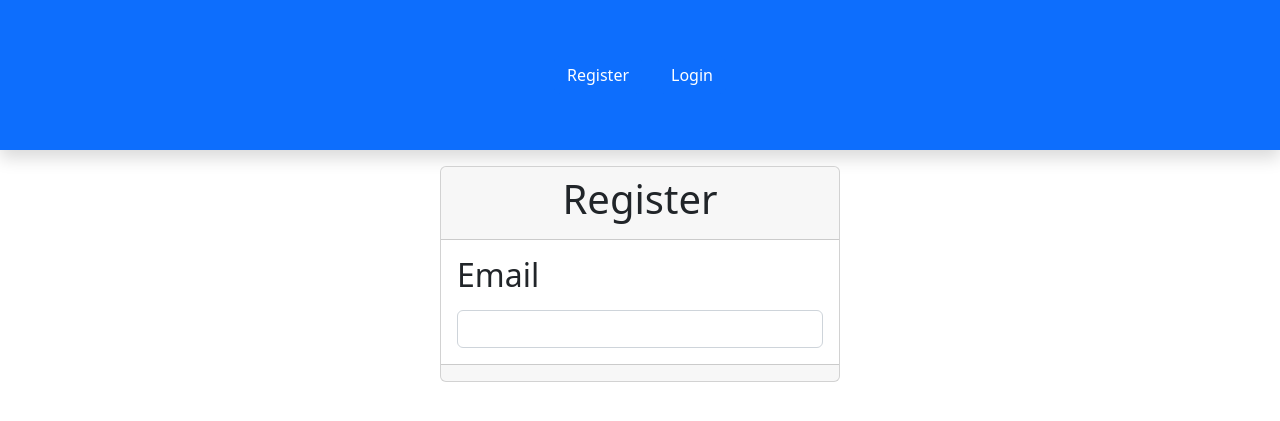
Repository: loveleii/firebase-login-logout
Page: /
The author's editor kept a copy of each file at every save. The page is drawn from the files as they stood at one save, then again after the next save.
The browser window is 1280 px wide. The pictures show the whole page.
The project was rebuilt for these pictures with package versions that can differ from the ones it lists, and the page was loaded fresh each time. Also part of the build but not shown: vite.config.ts, src/views/loginView.vue, src/assets/main.css.

Above is the page before, as saved 2023-03-04 19:42:37.

### src/main.js
import { createApp } from 'vue'
import { createPinia } from 'pinia'

import App from './App.vue'
import router from './router'
import "bootstrap/dist/css/bootstrap.min.css"
import bootstrap from "bootstrap/dist/js/bootstrap.bundle.js"

import './assets/main.css'

const app = createApp(App)

app.use(createPinia())
app.use(router)

app.mount('#app')

### src/App.vue
<script setup lang="ts">
import { RouterLink, RouterView } from 'vue-router'

</script>

<template>
  <div>
        <header class="bg-primary p-5 shadow">
            <div class="container_header">
                <div class="d-flex">
                    <RouterLink to="/" style="text-decoration: none;"><text class="text-white m-2 btn btn-primary">Register</text></RouterLink>
                    <RouterLink to="/login" style="text-decoration: none;"><text class="text-white m-2 btn btn-primary">Login</text></RouterLink>
                </div>
            </div>
        </header>
    </div>
    <div class="center_container m-3 rounded text-center">
      <RouterView />
    </div>

</template>

<style>
.container_header{
  display: grid;
  place-content: center;
}
.center_container{
  display: grid;
  place-content: center;
}

</style>

### src/router/index.js
import { createRouter, createWebHistory } from 'vue-router'
import registerView from '../views/registerView.vue'
import loginView from '../views/loginView.vue'

const router = createRouter({
  history: createWebHistory(import.meta.env.BASE_URL),
  routes: [
    {
      path: '/',
      name: 'reg',
      component: registerView
    },
    {
      path: '/login',
      name: 'log',
      component: loginView
    },

  ]
})

export default router

### src/views/registerView.vue
<template>
    <div class="card">
        <div class="card-header">
            <h1>Register</h1>
        </div>
        <div class="card-body float-left">
            <div class="form-group">
                <label for="" class="form-label float-start"> <h2>Email</h2> </label>
                <input type="text" name="" id="" class="form-control">
            </div>

        </div>
        <div class="card-footer">

        </div>
    </div>
</template>

<script>


</script>
<style>
.card{
    width: 400px;
}
</style>

Loaded but not shown: index.html (common file)

After the next save:
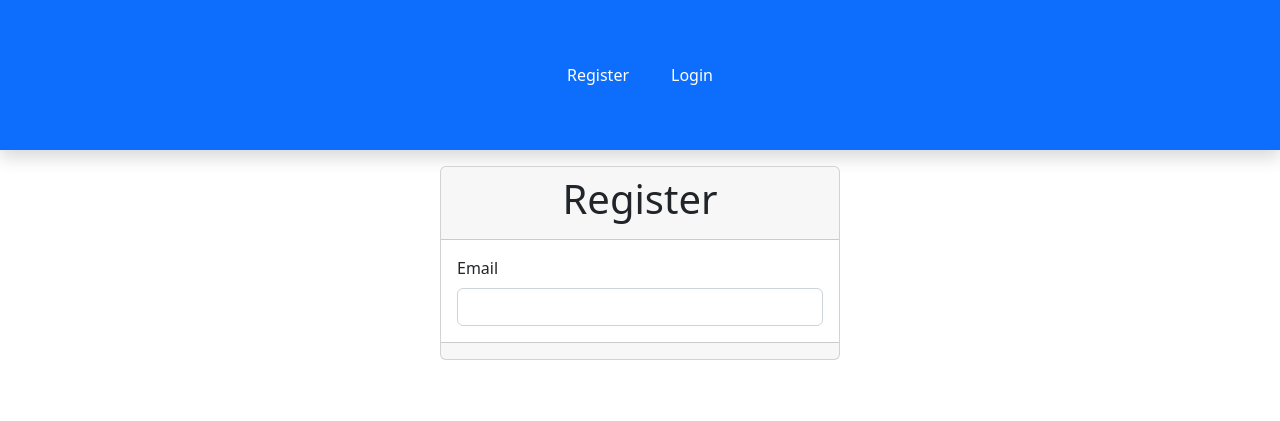
Saved 9 s later.
--- a/src/views/registerView.vue
+++ b/src/views/registerView.vue
@@ -5,7 +5,7 @@
         </div>
         <div class="card-body float-left">
             <div class="form-group">
-                <label for="" class="form-label float-start"> <h2>Email</h2> </label>
+                <label for="" class="form-label float-start">Email</label>
                 <input type="text" name="" id="" class="form-control">
             </div>
 
